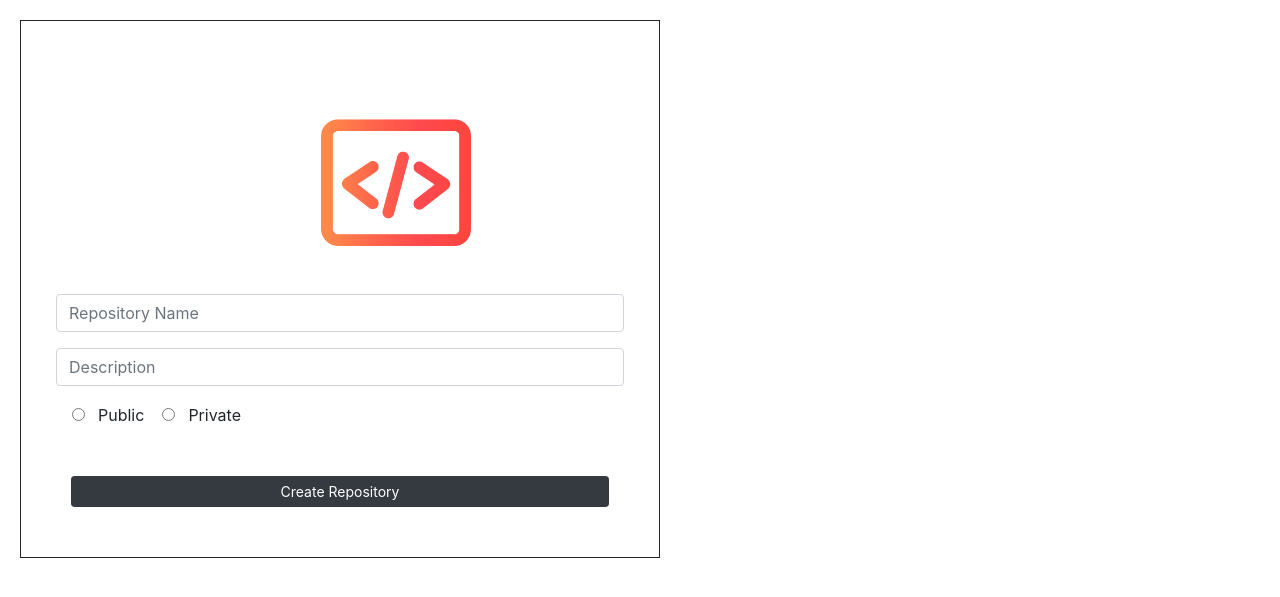
Repository: rashmikagamage/OAuth-Implementation
Page: /auth/github/callback (app in frontend/)
These files come from the project's save history. The page is drawn as it stood at one moment and after the next save; the edit follows.
The browser window is 1280 px wide. The pictures show the whole page.
Some web libraries are served in a nearby version. The project was rebuilt for these pictures with package versions that can differ from the ones it lists, and the page was loaded fresh each time. Also part of the build but not shown: frontend/src/css/twitter.css, frontend/src/components/login.js, frontend/src/components/twitter-home.js, frontend/src/components/login-git.js, frontend/src/App.css.

Above is the page before, as saved 2021-09-08 17:54:09.

After the next save:
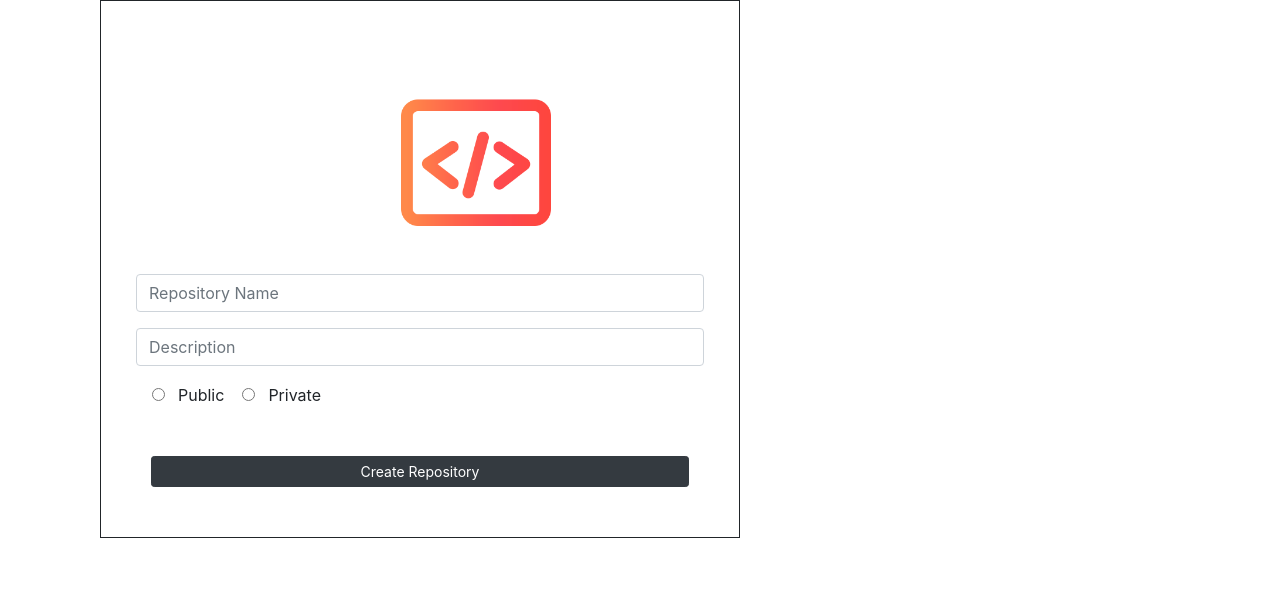
Saved 8 s later.
--- a/frontend/src/css/git.css
+++ b/frontend/src/css/git.css
@@ -4,7 +4,7 @@
   border-style: solid;
   border-width: 1px;
   padding: 50px;
-  margin: 20px;
+
 
 
 }
